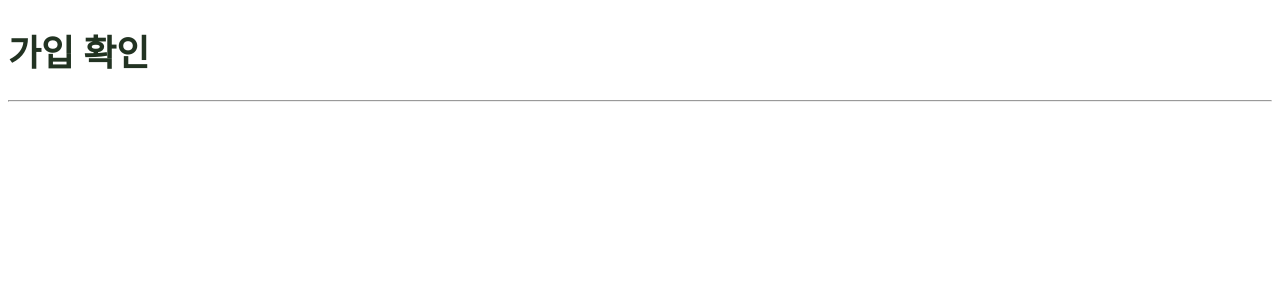
Repository: god5228god/Jsp
Page: http://localhost/WebApp06/Receive01.jsp
The author's editor kept a copy of each file at every save. The page is drawn from the files as they stood at one save, then again after the next save.
The browser window is 1280 px wide. The pictures show the whole page.
The page is served by Tomcat 9.

Above is the page before, as saved 2026-02-27 08:27:21.

After the next save:
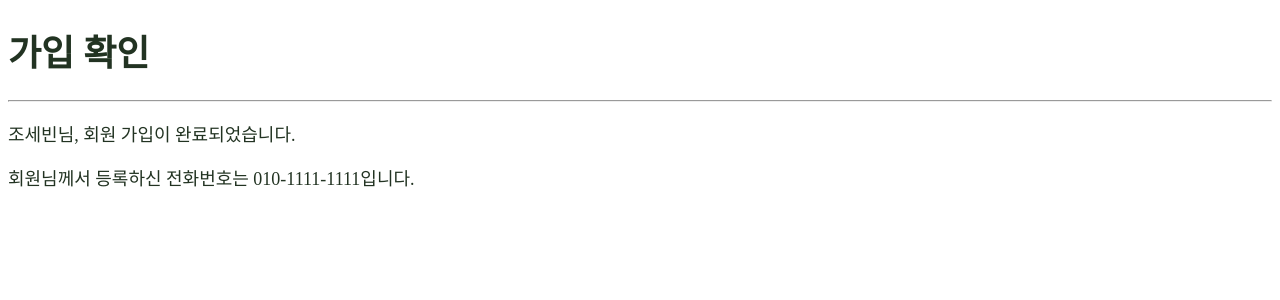
Saved 71 s later.
--- a/WebApp06/WebContent/Receive01.jsp
+++ b/WebApp06/WebContent/Receive01.jsp
@@ -28,9 +28,13 @@
 		<h1>가입 확인</h1>
 		<hr />
 	</div>
-
+	<!--
+	『조세빈님, 회원 가입이 완료되었습니다.
+		  회원님께서 등록하신 전화번호는 010-1111-1111 입니다.』
+	  -->
 	<div>
-		<h2></h2>
+		<p><span>조세빈</span>님, 회원 가입이 완료되었습니다.</p>
+		<p>회원님께서 등록하신 전화번호는 <span>010-1111-1111</span>입니다.</p>
 	</div>
 </body>
 </html>
